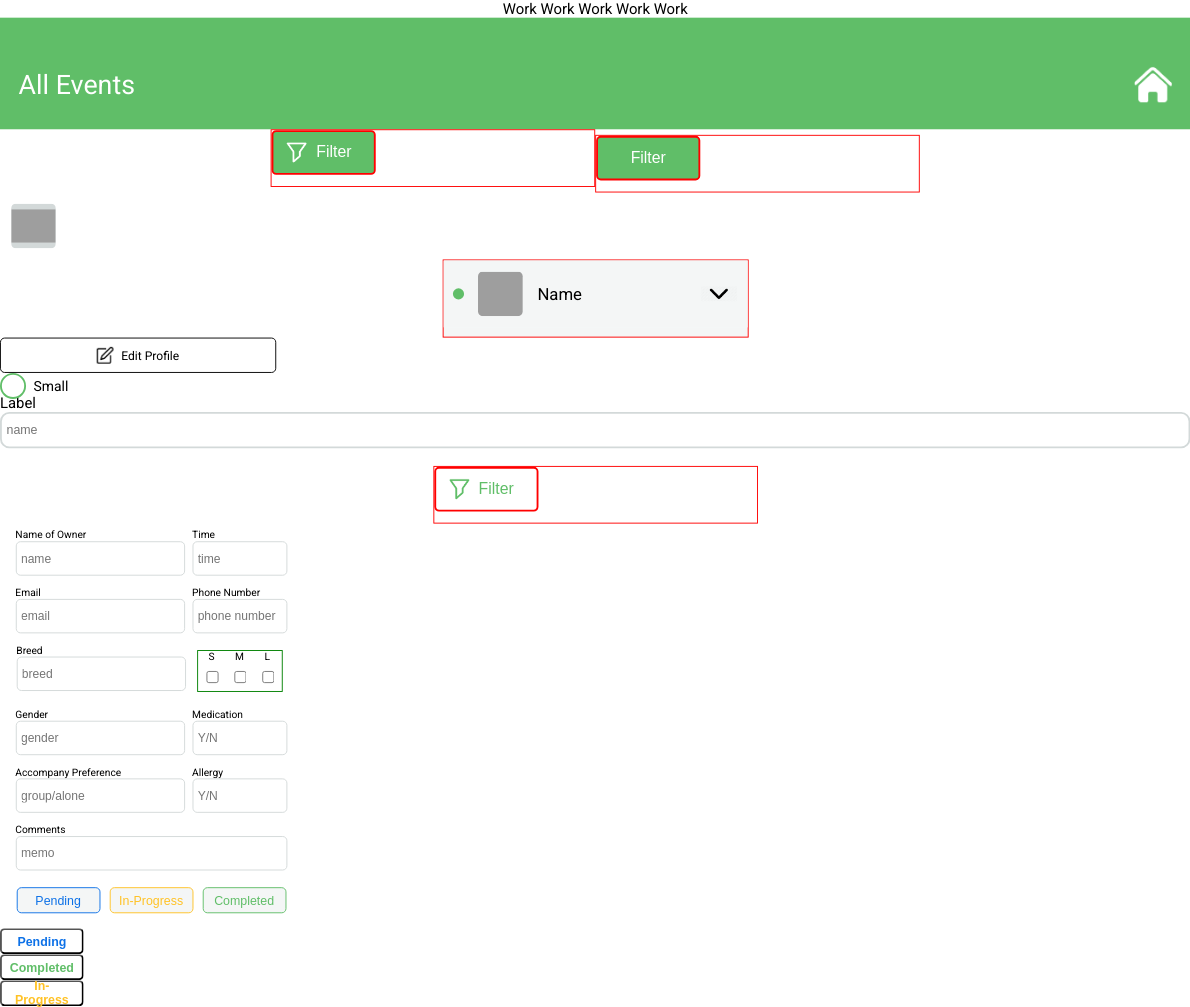
Repository: tanishap11/MDIA3109-Midterm
Page: / (app in midterm/)
These files come from the project's save history. The page is drawn as it stood at one moment and after the next save; the edit follows.
The browser window is 1280 px wide. The pictures show the whole page, at 93% of full size.
Pictures or frames that could not be fetched are drawn as grey boxes. The project was rebuilt for these pictures with package versions that can differ from the ones it lists, and the page was loaded fresh each time. Also part of the build but not shown: midterm/src/comps/Avatar/index.js, midterm/src/comps/Dot/index.js, midterm/src/comps/ProgressBut/Pending/index.js, midterm/src/comps/ProgressBut/InProgress/index.js, midterm/src/comps/ProgressBut/Completed/index.js, midterm/src/comps/ProgressBut/Test/Pen/index.js, midterm/src/comps/ProgressBut/Test/Prog/index.js, midterm/src/comps/ProgressBut/Test/Com/index.js and 1 more.

Above is the page before, as saved 2021-02-05 16:15:52.

### midterm/src/App.js
import './App.scss';
import Main from 'pages/main';

function App() {
  return (
    <div className="App">
      Work Work Work Work Work
      <Main />
    </div>
  );
}

export default App;

### midterm/src/App.scss
.App {
  text-align: center;
  font-family: 'roboto';
}

### midterm/src/pages/main/index.js
import React, { useState, useEffect } from 'react';
import Upload from 'comps/Upload';
import Avatar from 'comps/Avatar';
import Dot from 'comps/Dot';
import Pro_box from 'comps/Pro_box';
import Oliver from '../../image/oliver.jpeg';
import Spotty from '../../image/spotty.png';
import {Pending, Progress, Completed} from 'comps/Dot';
import EditBtn from 'comps/EditButton';
import Banner from 'comps/Banner';
import FliterCheck from 'comps/FliterCheck';
import FilterButton from 'comps/FilterButton';
import ActiveFilterImage from '../../image/filter-active.png';

import Input from 'comps/Input';
import PendingButton from 'comps/ProgressBut/Pending';
import ProgressButton from 'comps/ProgressBut/InProgress';
import CompletedButton from 'comps/ProgressBut/Completed';
import LandingPage from 'comps/ProgressBut/Test/Pen';
import YellowBut from 'comps/ProgressBut/Test/Prog';
import GreenBut from 'comps/ProgressBut/Test/Com';
import BlueBut from 'comps/ProgressBut/Test/Pend';
import Input_box from 'comps/inputBox';

import StatusButton from 'comps/StatusButton';

require('typeface-roboto');


const Main = () => {

  const [clickedButton, setClickedButton] = useState(null);

  const ButtonColorSelect = (name) =>{
    setClickedButton(name);
  }

  return <div className="main">
    <Banner />
    <FilterButton />
    <FilterButton name="Add" display="none" img=""/>
      <Upload />
      <Pro_box />
      <EditBtn />
      <FliterCheck />
      <Input /> <br/>
      <FilterButton bgcolor="white" border="2px solid #60BE68" color="#60BE68" img={ActiveFilterImage}/>
      <Input_box />
      <StatusButton
        name = "pending"
        text = "Pending"
        bgcolor = {clickedButton === "pending" ? "#0D71E7" : "white"}
        color = {clickedButton === "pending" ? "white" : "#0D71E7"}
        onButtonSelect={ButtonColorSelect}
      />
      <StatusButton
        name = "completed"
        text = "Completed"
        bgcolor = {clickedButton === "completed" ? "#60BE68" : "white"}
        color = {clickedButton === "completed" ? "white" : "#60BE68"}
        onButtonSelect={ButtonColorSelect}
      />
      <StatusButton
        name = "inprogress"
        text = "In-Progress"
        bgcolor = {clickedButton === "inprogress" ? "#FFC225" : "white"}
        color = {clickedButton === "inprogress" ? "white" : "#FFC225"}
        onButtonSelect={ButtonColorSelect}
      />

  </div>

}

export default Main;

### midterm/src/comps/Upload/index.js
import React from 'react';
import styled from 'styled-components';
import UploadImage from '../../image/upload.png';

const Container = styled.div`
min-width: ${props=>props.width ? props.width : "48px"};
min-height: ${props=>props.height ? props.height : "48px"};
max-width: ${props=>props.width ? props.width : "48px"};
max-height: ${props=>props.height ? props.height : "48px"};
// display: flex;
// flex-direction: column;
// justify-cotent: center;
align-items: center;
background-image: url(${props=>props.img ? props.img : UploadImage});
background-size: contain;
background-repeat: no-repeat;
background-position: center;
background-color: #D3D9D9;
border-radius: 5px;
margin: 12px;
`;

const Upload = ({width, height, img}) => {
    return <Container width={width} height={height} img={img}>

    </Container>
};

Upload.defaultProps = {
    width: null,
    height: null,
    img: null,
}

export default Upload;

### midterm/src/comps/Pro_box/index.js
import React, { useState, useEffect } from 'react';
import styled from 'styled-components';
// import Dot from 'comps/Dot';
// import Avatar from 'comps/Avatar';
import DropdownImage from '../../image/dropdown.png';
import Oliver from '../../image/oliver.jpeg';
import Edit from '../../image/edit.png';
import Input_Box from 'comps/inputBox';

const EditBox = styled.div`
min-width: ${props=>props.width ? props.width : "295px"};
min-height: ${props=>props.height ? props.height : "36px"};
max-width: ${props=>props.width ? props.width : "295px"};
max-height: ${props=>props.height ? props.height : "36px"};
background-color: "#ffffff";
border-radius:5px;
border:black solid 1px;
display:flex;
justify-content:center;
align-items:center;
font-size:13px;

`;

const EditIcon = styled.div`
min-width: ${props=>props.width ? props.width : "18px"};
min-height: ${props=>props.height ? props.height : "18px"};
max-width: ${props=>props.width ? props.width : "18px"};
max-height: ${props=>props.height ? props.height : "18px"};
background-image: url(${Edit});
background-size: cover;
background-repeat: no-repeat;
background-position: center;
margin-right:8px;
`;

const textBox = styled.div``;

const Container = styled.div`
    display:inline-flex;
    flex-direction:column;
    border: solid 1px red;
    background-color:#F4F6F6;
`;

const DropDownMenu  = styled.div`
    min-width: ${props=>props.width ? props.width : "327px"};
    min-height: ${props=>props.height ? props.height : "72px"};
    max-width: ${props=>props.width ? props.width : "327px"};
    max-height: ${props=>props.height ? props.height : "72px"};
    border-radius: 8px;
    display: flex;
    flex-direction: space-between;
    background-color: #FFFFFF;
    // box-shadow: 4px 4px 8px rgba(0, 0, 0, 0.1);
    position: relative;
`;

const DropdownIcon = styled.div`
    min-width: ${props=>props.width ? props.width : "40px"};
    min-height: ${props=>props.height ? props.height : "16px"};
    max-width: ${props=>props.width ? props.width : "40px"};
    max-height: ${props=>props.height ? props.height : "16px"};
    background-image: url(${DropdownImage});
    background-size: cover;
    background-repeat: no-repeat;
    background-position: center;
    transition: transform 0.5s;
    transform: ${props=>props.expanded ? "rotate(180deg)" : "none"};
`;

const DropDownBox = styled.div`
    width:100%;
    padding:10px;
    display:flex;
    justify-content: space-between;
    align-items: center;
    background-color:#F4F6F6;
`;
export const Pending = "#0D71E7";
export const Progress = "#FFC225";
export const Completed = "#60BE68";

const Dot = styled.div`
    min-width: ${props=>props.width ? props.width : "12px"};
    min-height: ${props=>props.height ? props.height : "12px"};
    max-width: ${props=>props.width ? props.width : "12px"};
    max-height: ${props=>props.height ? props.height : "12px"};
    background-color: ${props=>props.bgcolor ? props.bgcolor : Completed};
    border-radius: 50%;
    display:${props=>props.expanded ? "hidden" : "inline-flex" };
`;

const Avatar = styled.div`
    min-width: ${props=>props.width ? props.width : "48px"};
    min-height: ${props=>props.height ? props.height : "48px"};
    max-width: ${props=>props.expanded ? "60px" : "48px"};
    max-height: ${props=>props.expanded ? "60px" : "48px"};
    width:${props=>props.expanded ? "72px" : "48px" };
    height:${props=>props.expanded ? "72px" : "48px" };
    background-image: url(${props=>props.img ? props.img : Oliver});
    background-size: cover;
    background-repeat: no-repeat;
    background-position: center;
    background-color: #D3D9D9;
    border-radius: 5px;
    margin-left:${props=>props.expanded ? "-58px" : "-48px"};
    margin-right:-36px;
`;

const NameBox = styled.div`
    font-size:18px;
    margin-left:${props=>props.expanded ? "-58px" : "-48px"};
    margin-right:64px;
`;

const Expand = styled.div`
    background: #FFFFFF;
    box-sizing: border-box;
    box-shadow: 5px 0px 18px rgba(0, 0, 0, 0.08);
    display:${props=>props.expanded ? "inline-flex" : "hidden" };
    height:${props=>props.expanded ? "auto" : "0px" };
    font-size:${props=>props.expanded ? "18px" : "0px" };
    opacity:${props=>props.expanded ? 1 : 0 };
    transition:opacity 0.5s;
    flex-direction:column;
    // justify-content: center;
    align-items:center;
    margin-top:10px;
    div{
        // padding:${props=>props.expanded ? "10px 15px" : "0px" };
        // margin:${props=>props.expanded ? "5px 0" : "0px" };
        cursor: pointer;
    }
    background-color:#F4F6F6;
`;

const Pro_box = ({expand, onMenuExpand, width, height, name, bgcolor, text}) => {

    const [expanded, setExpanded] = useState([]);

    useEffect(()=>{
        setExpanded(expand);
    },[expand])

    return <Container width={width} height={height}>

        <DropDownMenu onClick={()=> (
            setExpanded(!expanded)
        )}>
            <DropDownBox expanded={expanded}>
                <div><Dot /></div>
                <div><Avatar  expanded={expanded} /></div>
                <div><NameBox expanded={expanded}>{name}</NameBox></div>
                <div><DropdownIcon expanded={expanded} /></div>
            </DropDownBox>
        </DropDownMenu>

        <Expand expanded={expanded}>
            <EditBox width={width} height={height} bgcolor={bgcolor}>
                <EditIcon />
                <textBox>{text}</textBox>
            </EditBox>
            <Input_Box />
        </Expand>
    </Container>
};

Pro_box.defaultProps = {
    width: null,
    height: null,
    name: "Name",
    expand: false,
    text: "Edit Profile"
}

export default Pro_box;

### midterm/src/comps/EditButton/index.js
import React from 'react';
import styled from 'styled-components';
import Edit from '../../image/edit.png';


const Container = styled.div`
min-width: ${props=>props.width ? props.width : "295px"};
min-height: ${props=>props.height ? props.height : "36px"};
max-width: ${props=>props.width ? props.width : "295px"};
max-height: ${props=>props.height ? props.height : "36px"};
background-color: "#ffffff";
border-radius:5px;
border:black solid 1px;
display:flex;
justify-content:center;
align-items:center;
font-size:13px;

`;

const EditIcon = styled.div`
    min-width: ${props=>props.width ? props.width : "18px"};
    min-height: ${props=>props.height ? props.height : "18px"};
    max-width: ${props=>props.width ? props.width : "18px"};
    max-height: ${props=>props.height ? props.height : "18px"};
    background-image: url(${Edit});
    background-size: cover;
    background-repeat: no-repeat;
    background-position: center;
    margin-right:8px;
`;

const textBox = styled.div``;

const EditBtn = ({width, height, bgcolor, img, text}) => {
    return <Container width={width} height={height} bgcolor={bgcolor}>
        <EditIcon />
        <textBox>{text}</textBox>
    </Container>
};

EditBtn.defaultProps = {
    width: null,
    height: null,
    bgcolor: "#ffffff",
    img: null,
    text: "Edit Profile"
}

export default EditBtn;

### midterm/src/comps/Banner/index.js
import React from 'react';
import styled from 'styled-components';
import Home from '../../image/home.png';

const Container = styled.div`
min-width: ${props=>props.width ? props.width : "50%"};
min-height: ${props=>props.height ? props.height : "96px"};
max-width: ${props=>props.width ? props.width : "100vw"};
max-height: ${props=>props.height ? props.height : "auto"};
display: flex;
justify-content:space-between;
align-items: center;
color:${props=>props.bgcolor ? props.bgcolor : "#ffffff"};
background-color: ${props=>props.bgcolor ? props.bgcolor : "#60BE68"};
font-size: 1.8em;
padding:24px 20px 0px 20px;
`;

const HomeIcon = styled.div`
min-width: ${props=>props.width ? props.width : "40px"};
min-height: ${props=>props.height ? props.height : "38px"};
max-width: ${props=>props.width ? props.width : "40px"};
max-height: ${props=>props.height ? props.height : "38px"};
background-image: url(${Home});
background-size: cover;
background-repeat: no-repeat;
background-position: center;
`;

const Banner = ({width, height,color, bgcolor, text}) => {
    return <Container color={color} bgcolor={bgcolor} width={width} height={height}>
        {text}
        <HomeIcon />
    </Container>
};

Banner.defaultProps = {
    width: null,
    height: null,
    color:null,
    bgcolor: null,
    text: "All Events"
}

export default Banner;

### midterm/src/comps/FliterCheck/index.js
import React, {useState, useEffect} from 'react';
import styled from 'styled-components';
import Check from '../../image/check.png';

const Container = styled.div`
    display:flex;
    flex-direction: column;
    position:relative;
`;
const Clickable = styled.div`
    display: inline-flex;
    flex-direction: flex-start;
    cursor: pointer;
    transition:background-color 0.5s;
    &:hover {
        background-color:#DDD;
    }
`;
const RoundCont = styled.div`
    display: flex;
    justify-content:center;
    align-items: center;
    min-width: ${props=>props.width ? props.width : "24px"};
    min-height: ${props=>props.height ? props.height : "24px"};
    max-width: ${props=>props.width ? props.width : "24px"};
    max-height: ${props=>props.height ? props.height : "24px"};
    border: 2px solid #60BE68;
    border-radius:100%;
    position: absolute;
    background: ${props=>props.clicked ? "#60BE68" : "none"};
`;

const ClickedBox = styled.div`
    display: flex;
    justify-content:center;
    align-items: center;
    min-width: ${props=>props.width ? props.width : "24px"};
    min-height: ${props=>props.height ? props.height : "24px"};
    max-width: ${props=>props.width ? props.width : "24px"};
    max-height: ${props=>props.height ? props.height : "24px"};
    display:${props=>props.clicked ? "flex" : "hidden"};
    height:${props=>props.clicked ? "auto" : "0"};
    opacity:${props=>props.clicked ? 1 : 0};
    background-color:${props=>props.clicked ? "#60BE68" : "none"};
    background-image: url(${Check});
    background-size: fit;
    background-repeat: no-repeat;
    background-position: center;
    border: 2px solid #60BE68;
    border-radius:100%;
    position: absolute;
    z-index:1;
`;

const FilterName = styled.div`
    margin-top:5px;
    margin-left:36px;
    font-size: 15px;
`;


const FilterCheck = ({click, onBoxSelect, width, height,color, bgcolor, text}) => {
    const [clicked, setClicked] = useState(false);
    useEffect(()=>{
        setClicked(click);
    },[click])

    return <Container color={color} bgcolor={bgcolor} width={width} height={height}>
        <Clickable onClick={()=>{
                setClicked(!clicked);
            }}>
            <RoundCont onClick={()=>{
                setClicked(!clicked);
            }}></RoundCont>
            <FilterName> {text} </FilterName>
        </Clickable>

        <ClickedBox clicked={clicked}>

        </ClickedBox>
    </Container>
};

FilterCheck.defaultProps = {
    width: null,
    height: null,
    color:null,
    bgcolor: null,
    text: "Small",
    click:false,
}

export default FilterCheck;

### midterm/src/comps/FilterButton/index.js
import React, { useState, useEffect } from 'react';
import styled from 'styled-components';
import FilterImage from '../../image/filter.png';
import FilterBox from 'comps/FilterBox';


const ButtonCnt = styled.div`
    display:inline-flex;
    flex-direction:column;
    border: solid 1px red;
`;
const Filterbtn = styled.button`
    min-width: ${props=>props.width ? props.width : "112px"};
    min-height: ${props=>props.height ? props.height : "48px"};
    max-width: ${props=>props.width ? props.width : "112px"};
    max-height: ${props=>props.height ? props.height : "48px"};
    // border: ${props=>props.border ? props.border : "0px solid white"};
    border:2px solid red;
    display: flex;
    justify-content: center;
    align-items: center;
    background-color:${props=>props.bgcolor ? props.bgcolor : "#60BE68"};
    border-radius: 5px;
    color: ${props=>props.color ? props.color : "white"};
    font-size: 17px;
    font-weight:500;
    cursor: pointer;
    margin-bottom:12px;
`;

const FilterImg = styled.img`
    display: ${props=>props.display ? props.display : "block"};
    position: relative;
    left: -10px;
    width: 22px;
    height: 22px;
`;

const Expand = styled.div`
    background: #FFFFFF;
    box-sizing: border-box;
    box-shadow: 5px 0px 18px rgba(0, 0, 0, 0.08);
    display:${props=>props.expanded ? "inline-flex" : "hidden" };
    height:${props=>props.expanded ? "auto" : "0px" };
    font-size:${props=>props.expanded ? "18px" : "0px" };
    opacity:${props=>props.expanded ? 1 : 0 };
    transition:opacity 0.5s;
    flex-direction:column;
    justify-content: center;
    align-items:center;
    margin-top:12x;
    background-color:#F4F6F6;
`;

const FilterButton = ({width, height, border, bgcolor, color, img, display, expand}) => {

    const [expanded, setExpanded] = useState(false);

    useEffect(()=>{
        setExpanded(expand);
    },[expand])

    return <ButtonCnt width={width} height={height}>
            <Filterbtn onClick={()=> (
            setExpanded(!expanded)
        )} width={width} height={height} border={border} bgcolor={bgcolor} color={color}>
                <FilterImg src={img} display={display}/>
                <div>Filter</div>
            </Filterbtn>


            <Expand expanded={expanded}>
                {/* <Container> */}
                    <FilterBox />
                {/* </Container> */}
            </Expand>
    </ButtonCnt>
};



FilterButton.defaultProps = {
    width: null,
    height: null,
    border: null,
    bgcolor: null,
    color: null,
    img: FilterImage,
    name:"Filters",
    display:null
}

export default FilterButton;

### midterm/src/comps/Input/index.js
import React, {useState, useEffect} from 'react';
import styled from 'styled-components';

const Container = styled.div`
display:flex;
text-align:left;
flex-direction:column;
max-width:
`;

const InputBox = styled.input`
min-height:25px;
border-radius: 10px;
border: 2px solid #D3D9D9;
padding:5px;
`;



const Input = ({ title, name, width, height, bgcolor, onInputComplete, onContainerSelect }) => {

    const [username, setUsername] = useState("");




    return <Container OnClick={()=>{
        onContainerSelect(name);
    }} >
        <div className="title">{title}</div>
            <InputBox type='text' placeholder='name' onChange={(e)=>{
                setUsername(e.target.value);
            }}>{}</InputBox>

    </Container>
}

Input.defaultProps = {
    width: null,
    height: null,
    bgcolor: null,
    onInputComplete: () => {},
    onContainerSelect: () => {},
    title:'Label',
}

export default Input;








// const Container = styled.div`
// min-width:${props=>props.width ? props.width : "300px"};
// min-height:${props=>props.height ? props.height : "100px"};
// max-width:${props=>props.width ? props.width : "50%}"};
// max-height:${props=>props.height ? props.height : "300px"};
// padding:10px;
// display: flex;
// flex-direction:column;
// ${props => props.bgcolor && "background-color:"+props.bgcolor+";"}
// & > span {
//     margin:5px;
// }

// `;

// const InputBox = styled.input`
// min-height:25px;
// padding:5px;
// `;

// const Input = ({name}) =>{
//     return <Container>
//         <InputBox>
//             <div>{name}</div>
//         </InputBox>

//     </Container>
// }

// Input.defaultProps = {
//     name:'Comments',
// }

// export default Input;

### midterm/src/comps/StatusButton/index.js
import React, { useState, useEffect }from 'react';
import styled from 'styled-components';

const Container = styled.button`
min-width: 90px;
min-height: 28px;
max-width: 90px;
max-height: 28px;
border: "";
display: flex;
justify-content: center;
align-items: center;
${props=>props.bgcolor && "background-color:"+props.bgcolor+";"}
border-radius: 5px;
${props=>props.color && "color:"+props.color+";"}
cursor: pointer;
`;



const StatusButton = ({name, color, bgcolor, text, onButtonSelect}) => {

    useEffect(()=>{
        //alert("changed bg color");
    }, [bgcolor]);

    useEffect(()=>{
        //alert("changed bg color");
    }, [color]);

    return <Container onClick={()=>{
        onButtonSelect(name);
    }}bgcolor={bgcolor} color={color}>
        <h4>{text}</h4>
    </Container>
};

StatusButton.defaultProps = {
    bgcolor: null,
    text: null,
    color: null,
    onButtonSelect:()=>{}
}

export default StatusButton;

### midterm/src/comps/FilterBox/index.js
import React, { useState, useEffect } from 'react';
import styled from 'styled-components';
import FilterCheck from 'comps/FliterCheck';
// import ExitButton from '../../image/exit.png';

const FilterBtnBox = styled.div`
    width: 345px;
    height:auto;
    display:flex;
    flex-direction:column;
    // justify-content:center;
    // align-items:center;
    border: solid 1px red;
    background-color:${props=>props.bgcolor ? props.bgcolor : "white"};
    border-radius: 5px;
    color: ${props=>props.color ? props.color : "#141414"};
    font-size: 17px;
    cursor: pointer;
`;

const InputRow = styled.div`
    display:flex;
    flex-direction:column;
    align-items:flex-start;
    &:div{
        display:inline-flex;
        flex-direction:row !important;
        align-items:flex-start;
        margin:6px 4px;
    }
    &>span {
        font-size:22px;
        margin-bottom:10px;
    }
`;

const InputLabel = styled.label`
    font-size: 20px;
    margin:6px 0px;

`
const FilterCheckbox = styled.input.attrs({type:'checkbox'})``;

const FilterBox = ({expand, onMenuExpand, width, height, name, bgcolor, text}) => {
    const [check1, setCheck1] = useState(false);
    const [check2, setCheck2] = useState(false);
    const [check3, setCheck3] = useState(false);

    useEffect(()=>{
        //this is Change
        setCheck1(check3);
        setCheck2(check3);
    }, [check3])

    return <FilterBtnBox width={width} height={height}>

        {/* <ExitButton /> */}
        <InputRow>
            <span>Filters</span>
        </InputRow>
        <InputRow>
        </InputRow>
        <InputRow>
            <InputLabel for="size" >Size</InputLabel>
            <div>
            <span>
                <FilterCheckbox onChange={(e)=>{
                    setCheck3(e.target.checked);
                }} checked={check1} /> S
            </span>
            <span>
                <FilterCheckbox onChange={(e)=>{
                    setCheck3(e.target.checked);
                }} checked={check2} /> M
               </span>
            <span>
                <FilterCheckbox onChange={(e)=>{
                    setCheck3(e.target.checked);
                }} checked={check3} /> L
            </span>
            </div>
        </InputRow>

    </FilterBtnBox>
};

FilterBox.defaultProps = {
    width: null,
    height: null,
    text:"label",
    bgcolor:null,
    bdcolor:null,
    ftcolor:"#FFC225"
}

export default FilterBox;

Loaded but not shown: midterm/public/index.html (common file); midterm/src/index.js (common file); midterm/src/index.css (common file); midterm/src/reportWebVitals.js (common file); midterm/src/comps/inputBox/index.js (179 lines, source omitted)

After the next save:
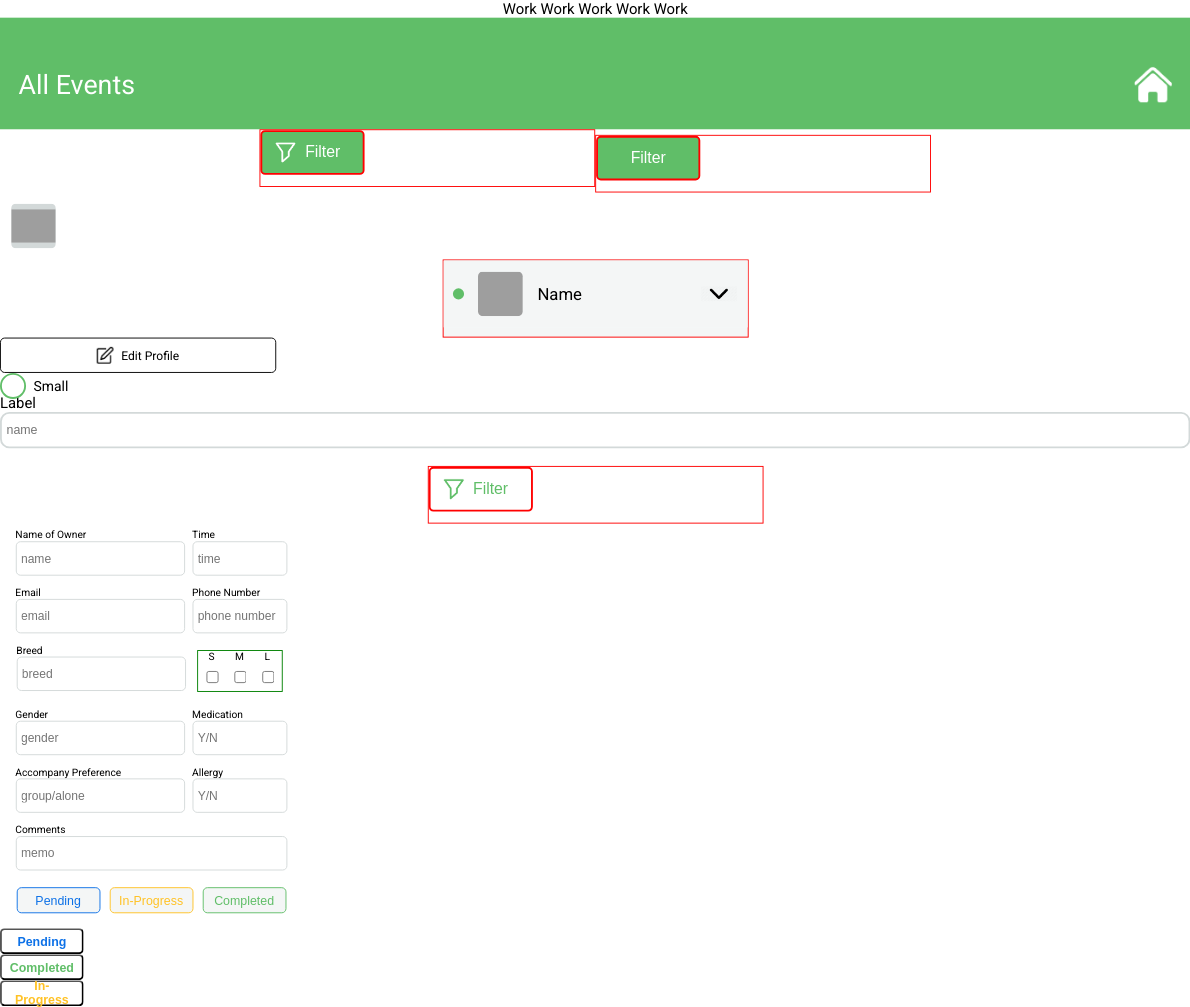
Saved 19 s later.
--- a/midterm/src/comps/FilterBox/index.js
+++ b/midterm/src/comps/FilterBox/index.js
@@ -16,6 +16,7 @@ const FilterBtnBox = styled.div`
     color: ${props=>props.color ? props.color : "#141414"};
     font-size: 17px;
     cursor: pointer;
+    padding: 6px;
 `;
 
 const InputRow = styled.div`
